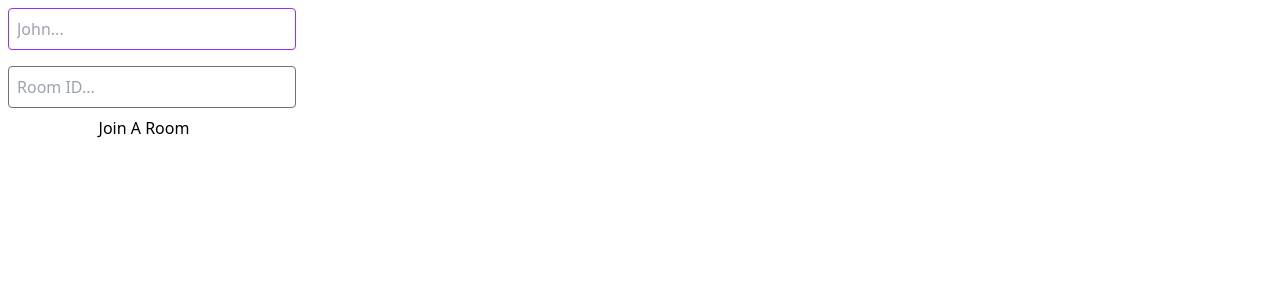
Repository: GabrielMorring/tictactoe
Page: /
These files come from the project's save history. The page is drawn as it stood at one moment and after the next save; the edit follows.
The browser window is 1280 px wide. The pictures show the whole page.
The page's requests for data from a server got no answer. The project was rebuilt for these pictures with package versions that can differ from the ones it lists, and the page was loaded fresh each time. No one was signed in, and anything a server would have sent is missing. Also part of the build but not shown: src/components/Square.jsx, src/components/Board.jsx.

Above is the page before, as saved 2022-06-20 10:18:45.

After the next save:
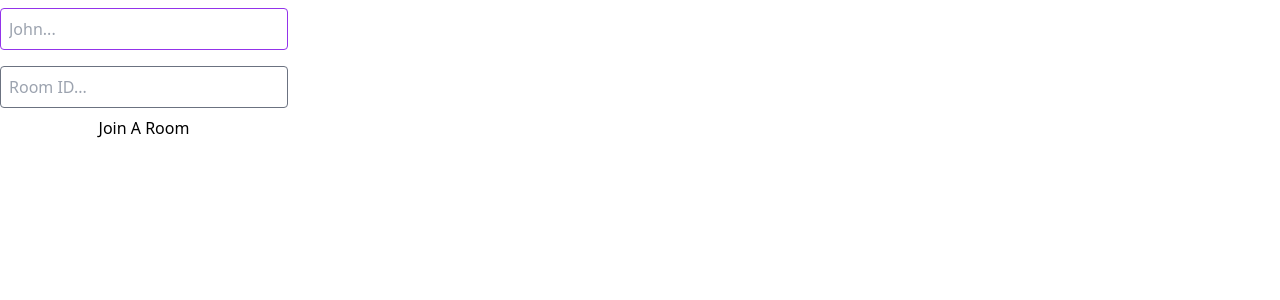
Saved 26 s later.
--- a/src/App.js
+++ b/src/App.js
@@ -23,7 +23,7 @@
       {showBoard ? (
         <Board socket={socket} userName={userName} room={room} />
       ) : (
-        <div className="flex flex-col w-72 my-auto align-middle">
+        <div className="flex flex-col w-72 my-auto items-center">
           <input
             className="w-full p-2 m-2 border border-purple-600 rounded"
             type="text"

After the save that followed:
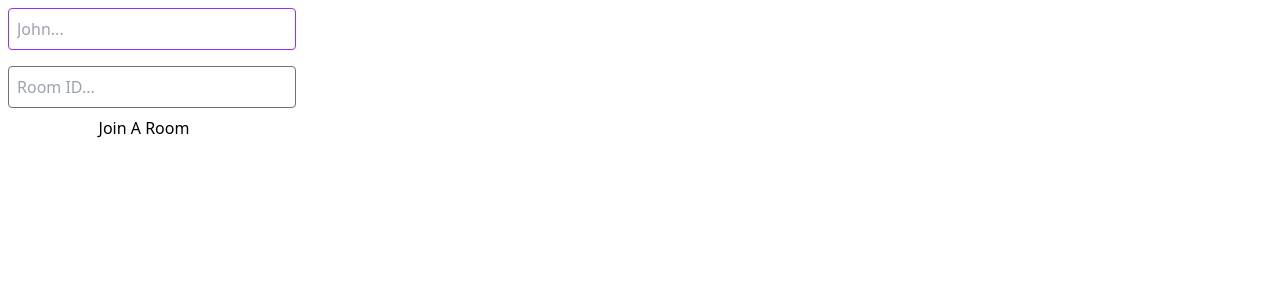
Saved 22 s later.
--- a/src/App.js
+++ b/src/App.js
@@ -23,7 +23,7 @@
       {showBoard ? (
         <Board socket={socket} userName={userName} room={room} />
       ) : (
-        <div className="flex flex-col w-72 my-auto items-center">
+        <div className="flex flex-col w-72 my-auto justify-center">
           <input
             className="w-full p-2 m-2 border border-purple-600 rounded"
             type="text"
